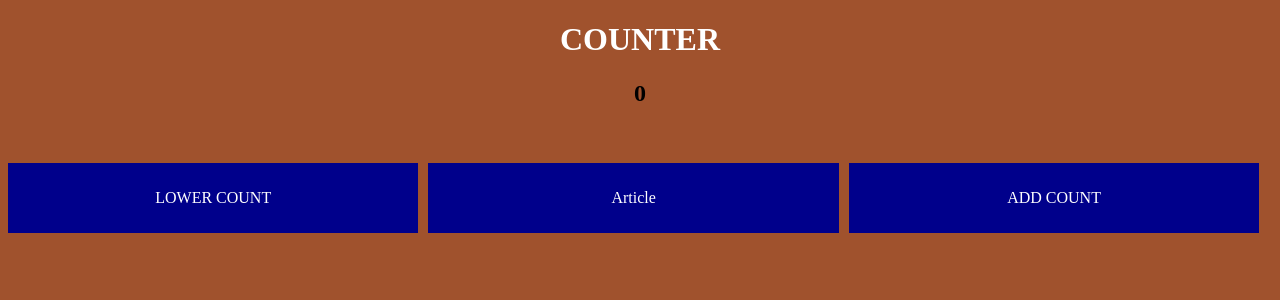
Repository: Seryozha02/Calculator
Page: calculator.html
The author's editor kept a copy of each file at every save. The page is drawn from the files as they stood at one save, then again after the next save.
The browser window is 1280 px wide. The pictures show the whole page.

Above is the page before, as saved 2022-02-14 17:00:24.

### calculator.html
<!DOCTYPE html>
<html lang="en">

<head>
    <meta charset="UTF-8">
    <meta http-equiv="X-UA-Compatible" content="IE=edge">
    <meta name="viewport" content="width=4, initial-scale=1.0">
    <link rel="stylesheet" href="./calculator.css">
    <title>Calculator</title>
</head>

<body>
    <h1>COUNTER</h1>
    <strong><h2>0</h2></strong>
    <br><br>
    <div class="row">
        <div class="column">
            <div class="card">
                <p><i class="fa fa-user"></i></p>
                <p>LOWER COUNT</p>
            </div>
        </div>
        <div class="column">
            <div class="card">
                <p><i class="fa fa-book"></i></p>
                <p>Article</p>
            </div>
        </div>
        <div class="column">
            <div class="card">
                <p><i class="fa fa-smile-o"></i></p>
                <p>ADD COUNT</p>
            </div>
        </div>
    </div>
</body>
<script src="./calculator.js"></script>
</body>

</html>

### calculator.css
h1 {
    color: white;
}
html{
    background-color: sienna;
}

h2{
    height:
}

* {
    box-sizing: border-box;
}

body {
    text-align: center;
}

/* Float columns */
.column {
    float: left;
    width: 33%;
    padding: 0 5px;
}

.row {
    margin: 0 -5px;
}

.row:after {
    content: "";
    display: table;
}

/* Style the cards */
.card {
    padding: 10px;
    text-align: center;
    background-color: darkblue;
    color: white;
    }

.card:hover {
    transform: scale(1.1);
    background-color: black;
    transition-duration: 2s;
    color: white;
}

.fa {
    font-size: 50px;
}

Loaded but not shown: calculator.js (no copy from this time; the picture is the same without it)

After the next save:
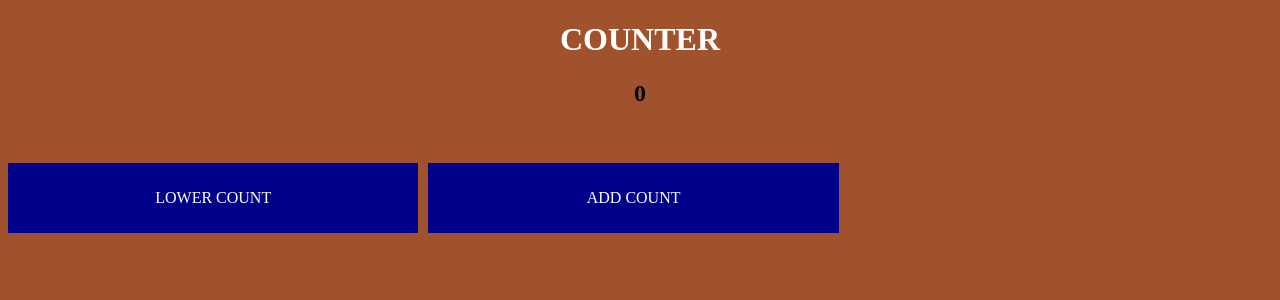
Saved 25 s later.
--- a/calculator.html
+++ b/calculator.html
@@ -20,12 +20,7 @@
                 <p>LOWER COUNT</p>
             </div>
         </div>
-        <div class="column">
-            <div class="card">
-                <p><i class="fa fa-book"></i></p>
-                <p>Article</p>
-            </div>
-        </div>
+
         <div class="column">
             <div class="card">
                 <p><i class="fa fa-smile-o"></i></p>
